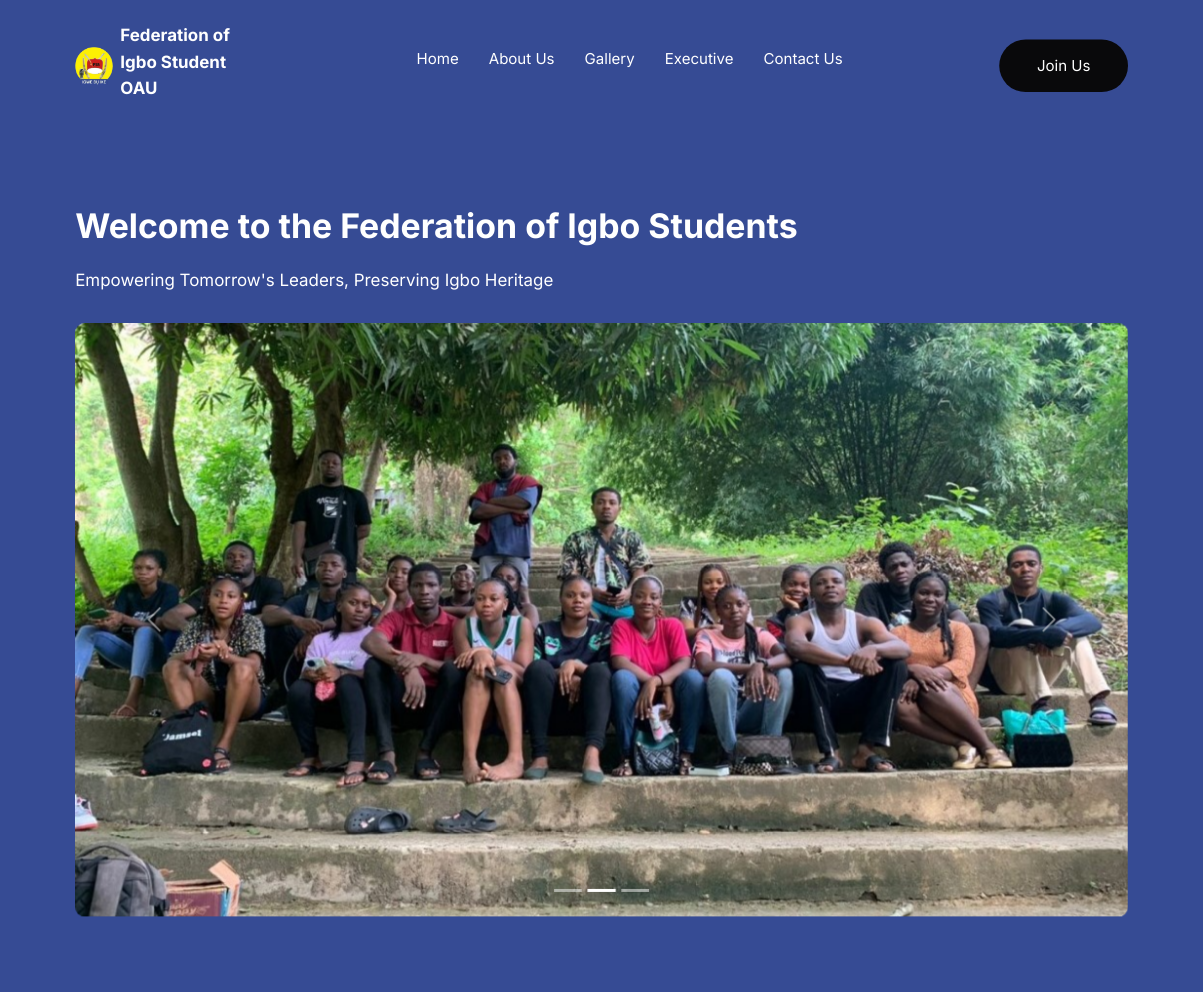
Repository: akinolapo/fis
Page: /
An editor plug-in stored every save of this project. The page is shown before and after the next save, followed by the edit.
The browser window is 1280 px wide. The pictures show the whole page, at 94% of full size.
The project was rebuilt for these pictures with package versions that can differ from the ones it lists, and the page was loaded fresh each time. The framework's server and built-in components were replaced by stand-ins that run in the browser. Also part of the build but not shown: next.config.mjs.

Above is the page before, as saved 2024-05-05 15:32:20.

### app/layout.tsx
import type { Metadata } from "next";
import { Inter } from "next/font/google";
import "./globals.css";
import Header from "./components/Header/Header";



const inter = Inter({ subsets: ["latin"] });

export const metadata: Metadata = {
  title: "Federation of Igbo Student OAU",
  description: "Federation of Igbo Student OAU",
};

export default function RootLayout({
  children,
}: Readonly<{
  children: React.ReactNode;
}>) {
  return (
    <html lang="en">
      <body className={inter.className}>
        <Header/>
        {children}
        </body>
    </html>
  );
}

### app/page.tsx
import Hero from "./components/Hero/Hero";

export default function Home() {
  return (
    <main>
      <Hero/>
    </main>
  );
}

### app/globals.css
@tailwind base;
@tailwind components;
@tailwind utilities;z

*{
  margin: 0;
  padding: 0;
}

body {
  background: #364B94 !important;
  color: #ffffff;
  padding: 0 80px;
}

@layer utilities {
  .text-balance {
    text-wrap: balance;
  }
}

### app/components/Header/Header.tsx

const Header = () => {
  return (
    <header className="flex justify-between items-center py-4 text-white">
      {/* Logo and Site Title */}
      <div className="flex items-center">
        <img src="/logo.png" alt="Logo" className="w-10 h-10 mr-2" />
        <h1 className="text-lg font-bold">Federation of <br></br>Igbo Student<br></br> OAU</h1>
      </div>

      {/* Menu */}
      <nav className="flex justify-center flex-grow">
        <ul className="flex gap-8">
          <li className="cursor-pointer hover:text-gray-400">Home</li>
          <li className="cursor-pointer hover:text-gray-400">About Us</li>
          <li className="cursor-pointer hover:text-gray-400">Gallery</li>
          <li className="cursor-pointer hover:text-gray-400">Executive</li>
          <li className="cursor-pointer hover:text-gray-400">Contact Us</li>
        </ul>
      </nav>

      {/* Join Us Button */}
      <button className="rounded-full px-10 py-3 bg-zinc-950 hover:bg-black text-white">
        Join Us
      </button>
    </header>
  );
};

export default Header;

### app/components/Hero/Hero.tsx
import Image from "next/image";
import Slider from "../Slider/Slider";

const Hero = () => {
  return (
    <div className="text-white py-20">
      <h2 className="text-4xl font-bold mb-4">
        Welcome to the Federation of Igbo Students
      </h2>
      <p className="text-lg mb-8">
        Empowering Tomorrow's Leaders, Preserving Igbo Heritage
      </p>
      <Slider/>
    </div>
  );
};

export default Hero;

### app/components/Slider/Slider.tsx
'use client'
import { Carousel } from 'react-bootstrap'
import Image from 'next/image'

import './slider.css'
import './bootstrap.min.css';

const Slider = () => {
  return (
    <section className="slider-head">
      <Carousel className="slider" pause={false} interval={4000}>
        <Carousel.Item className="sliderWrapper">
          <div className="slideImg">
            <Image
              src="/images/hero.jpeg"
              alt="promotion"
              width={720}
              height={480}
              className="imageOverlay"
            />
          </div>
        </Carousel.Item>

        <Carousel.Item className="sliderWrapper">
          <div className="slideImg">
            <Image
              src="/images/hero.jpeg"
              alt="promotion"
              width={720}
              height={480}
              className="imageOverlay"
            />
          </div>
        </Carousel.Item>

        <Carousel.Item className="sliderWrapper">
          <div className="slideImg">
            <Image
              src="/images/hero.jpeg"
              alt="promotion"
              width={720}
              height={480}
              className="imageOverlay"
            />
          </div>
        </Carousel.Item>
      </Carousel>
    </section>
  )
}

export default Slider

### app/components/Slider/slider.css
/* slider.css */

.slider {
    position: relative;
  }


  .slideImg {
    position: relative;
  }

  .imageOverlay {
    width: 100%;
    height: auto;
    border-radius: 10px;
  }

Loaded but not shown: app/components/Slider/bootstrap.min.css (library); tailwind.config.ts (common file)

After the next save:
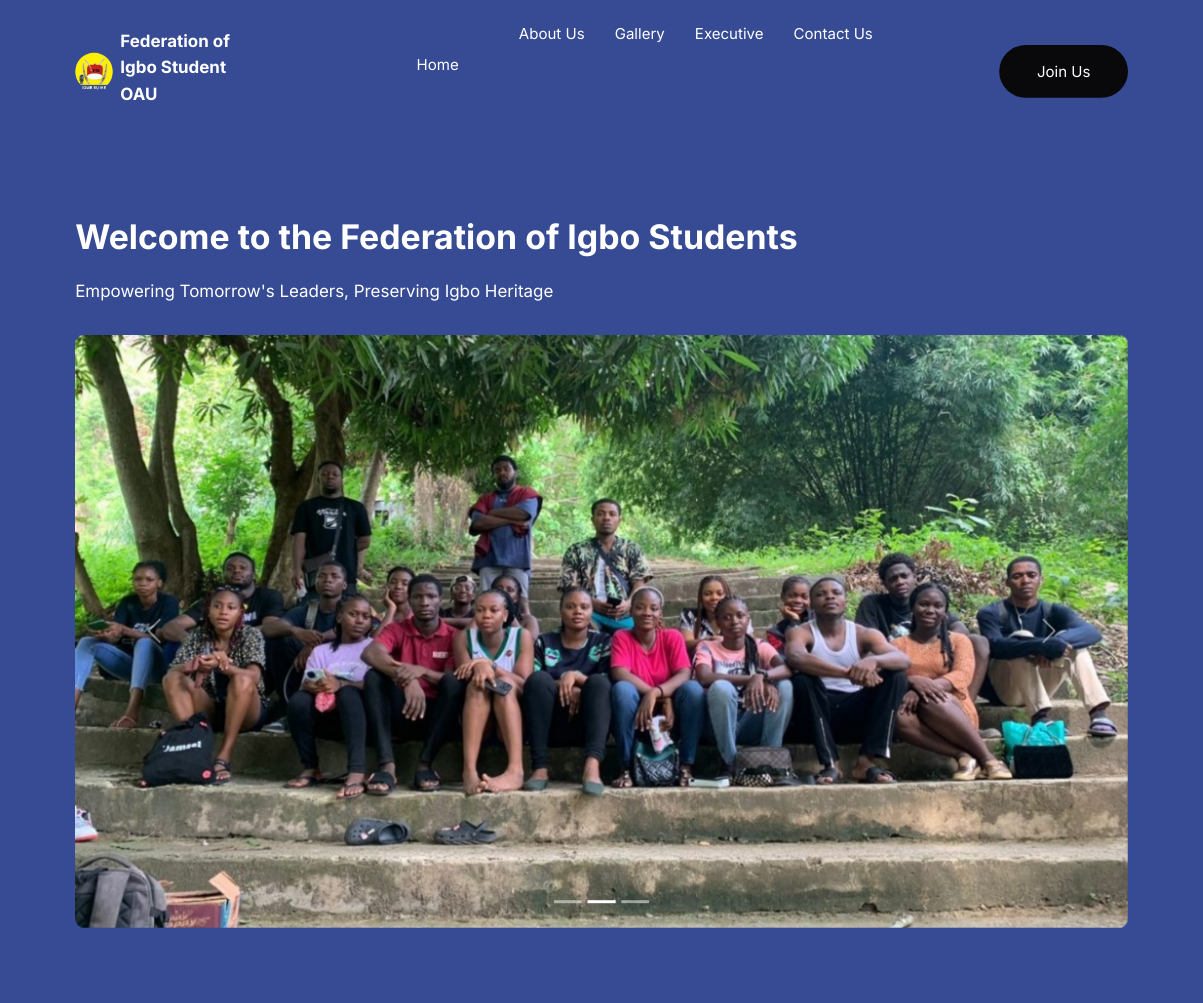
Saved 21 s later.
--- a/app/components/Header/Header.tsx
+++ b/app/components/Header/Header.tsx
@@ -11,7 +11,7 @@ const Header = () => {
       {/* Menu */}
       <nav className="flex justify-center flex-grow">
         <ul className="flex gap-8">
-          <li className="cursor-pointer hover:text-gray-400">Home</li>
+          <li className="cursor-pointer hover:text-gray-400 p-8">Home</li>
           <li className="cursor-pointer hover:text-gray-400">About Us</li>
           <li className="cursor-pointer hover:text-gray-400">Gallery</li>
           <li className="cursor-pointer hover:text-gray-400">Executive</li>
